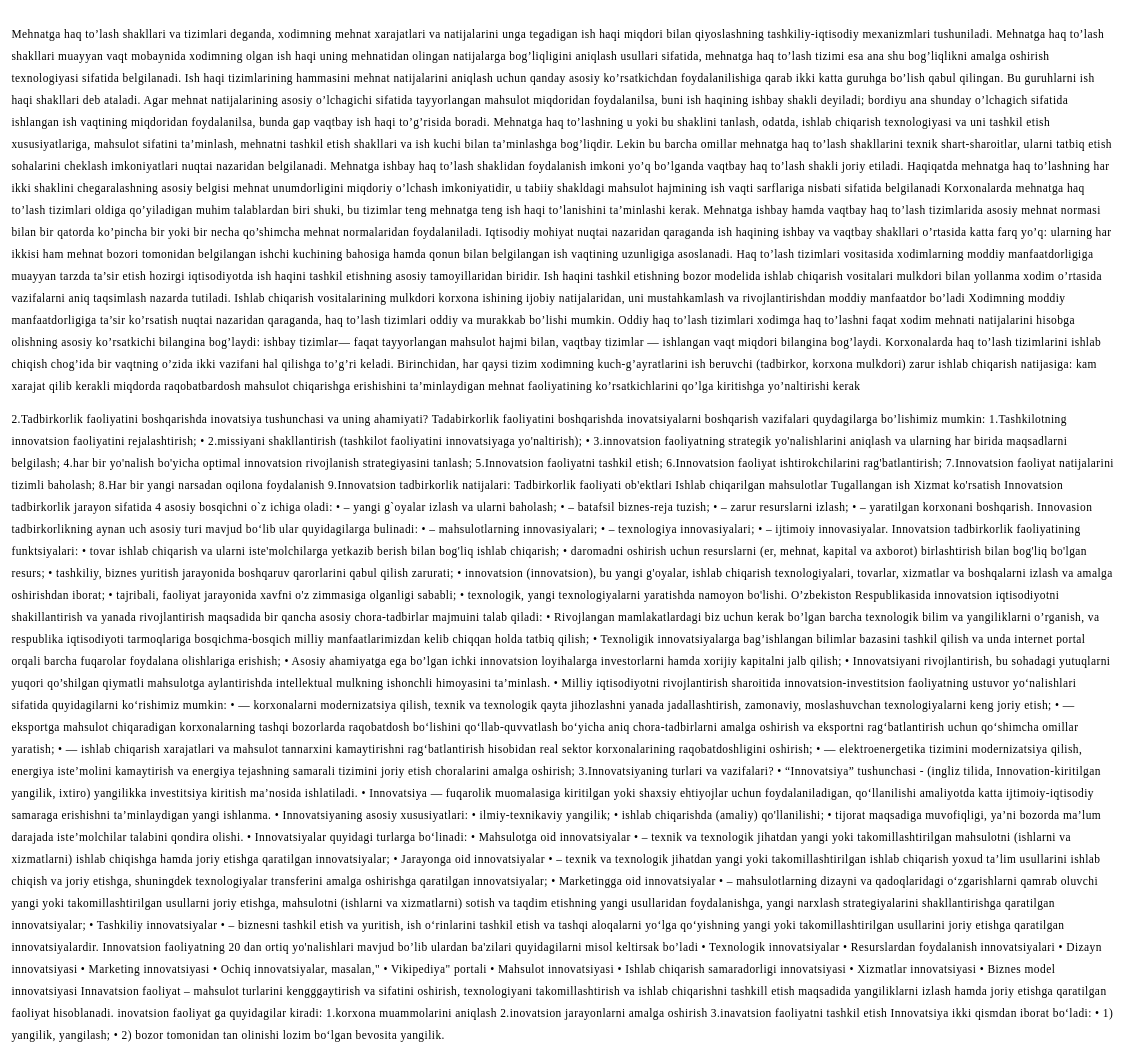
Repository: Ikromkhurozov/tsue-exam-answers
Page: index.html
The author's editor kept a copy of each file at every save. The page is drawn from the files as they stood at one save, then again after a run of saves.
The browser window is 1280 px wide. The pictures show the whole page, at 88% of full size.

Above is the page before, as saved 2024-01-15 00:56:33.

After the next 3 saves:
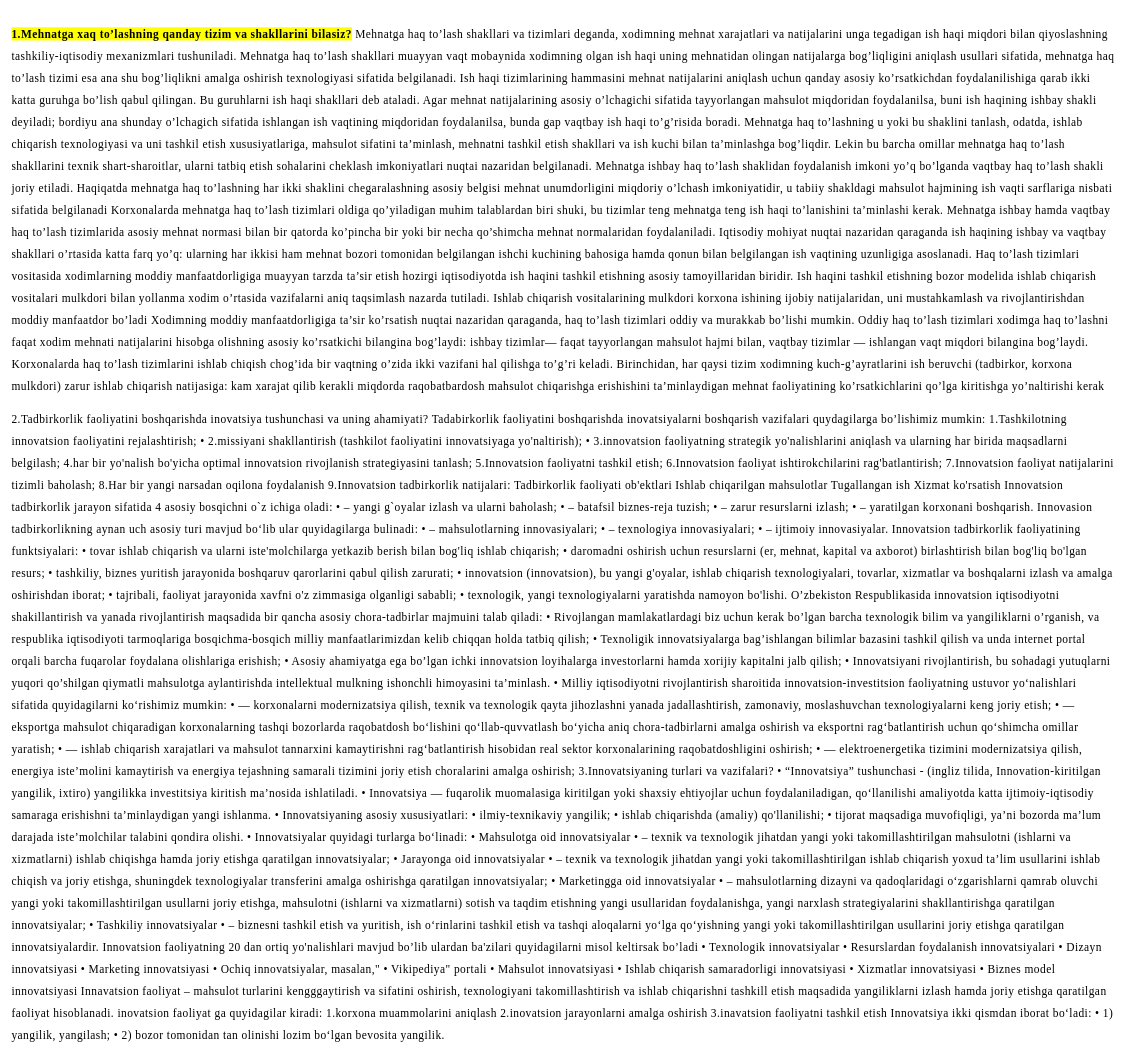
The 3 saves are shown as one change because they came seconds apart.
The last was saved 11 s later.
--- a/index.html
+++ b/index.html
@@ -24,7 +24,7 @@
 
    <div>
 
-      <p> Mehnatga haq to’lash shakllari va tizimlari deganda, xodimning mehnat xarajatlari va natijalarini unga tegadigan ish haqi miqdori bilan qiyoslashning tashkiliy-iqtisodiy mexanizmlari tushuniladi. Mehnatga haq to’lash shakllari muayyan vaqt mobaynida xodimning olgan ish haqi uning mehnatidan olingan natijalarga bog’liqligini aniqlash usullari sifatida, mehnatga haq to’lash tizimi esa ana shu bog’liqlikni amalga oshirish texnologiyasi sifatida belgilanadi.
+      <p> <mark>1.Mehnatga xaq to’lashning qanday tizim va shakllarini bilasiz?</mark> Mehnatga haq to’lash shakllari va tizimlari deganda, xodimning mehnat xarajatlari va natijalarini unga tegadigan ish haqi miqdori bilan qiyoslashning tashkiliy-iqtisodiy mexanizmlari tushuniladi. Mehnatga haq to’lash shakllari muayyan vaqt mobaynida xodimning olgan ish haqi uning mehnatidan olingan natijalarga bog’liqligini aniqlash usullari sifatida, mehnatga haq to’lash tizimi esa ana shu bog’liqlikni amalga oshirish texnologiyasi sifatida belgilanadi.
          Ish haqi tizimlarining hammasini mehnat natijalarini aniqlash uchun qanday asosiy ko’rsatkichdan foydalanilishiga qarab ikki katta guruhga bo’lish qabul qilingan. Bu guruhlarni ish haqi shakllari deb ataladi. Agar mehnat natijalarining asosiy o’lchagichi sifatida tayyorlangan mahsulot miqdoridan foydalanilsa, buni ish haqining ishbay shakli deyiladi; bordiyu ana shunday o’lchagich sifatida ishlangan ish vaqtining miqdoridan foydalanilsa, bunda gap vaqtbay ish haqi to’g’risida boradi.
          Mehnatga haq to’lashning u yoki bu shaklini tanlash, odatda, ishlab chiqarish texnologiyasi va uni tashkil etish xususiyatlariga, mahsulot sifatini ta’minlash, mehnatni tashkil etish shakllari va ish kuchi bilan ta’minlashga bog’liqdir. Lekin bu barcha omillar mehnatga haq to’lash shakllarini texnik shart-sharoitlar, ularni tatbiq etish sohalarini cheklash imkoniyatlari nuqtai nazaridan belgilanadi. Mehnatga ishbay haq to’lash shaklidan foydalanish imkoni yo’q bo’lganda vaqtbay haq to’lash shakli joriy etiladi. Haqiqatda mehnatga haq to’lashning har ikki shaklini chegaralashning asosiy belgisi mehnat unumdorligini miqdoriy o’lchash imkoniyatidir, u tabiiy shakldagi mahsulot hajmining ish vaqti sarflariga nisbati sifatida belgilanadi
          Korxonalarda mehnatga haq to’lash tizimlari oldiga qo’yiladigan muhim talablardan biri shuki, bu tizimlar teng mehnatga teng ish haqi to’lanishini ta’minlashi kerak.
